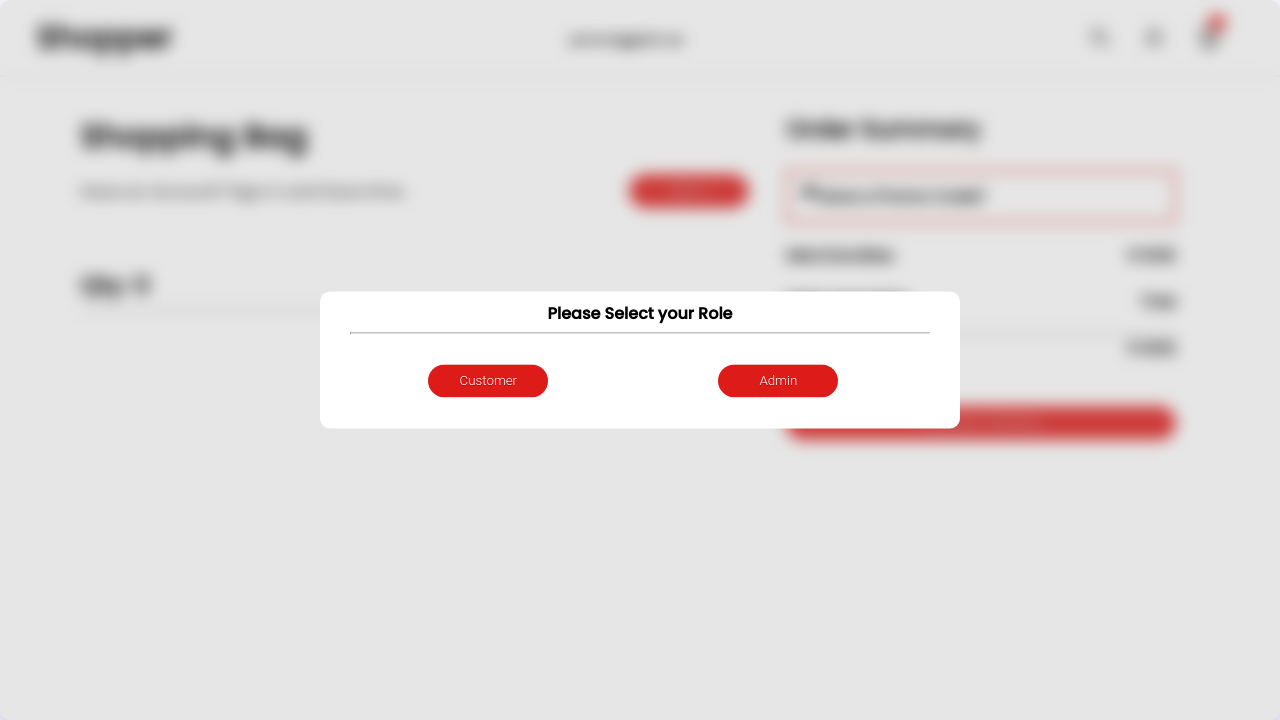
Repository: coolronts/aize-project
Page: /cart
The author's editor kept a copy of each file at every save. The page is drawn from the files as they stood at one save, then again after the next save.
The browser window is 1280 px wide. The pictures show the whole page.
The project was rebuilt for these pictures with package versions that can differ from the ones it lists, and the page was loaded fresh each time. Also part of the build but not shown: src/components/CartItem/CartItem.tsx, src/pages/Shop/shop.module.css, src/components/Card/Card.tsx, src/components/EditModal/editModal.module.css, src/components/EditModal/EditModal.tsx, src/components/AddModal/addModal.module.css, src/components/AddModal/AddModal.tsx, src/pages/Shop/Shop.tsx.

Above is the page before, as saved 2021-09-16 22:02:14.

After the next save:
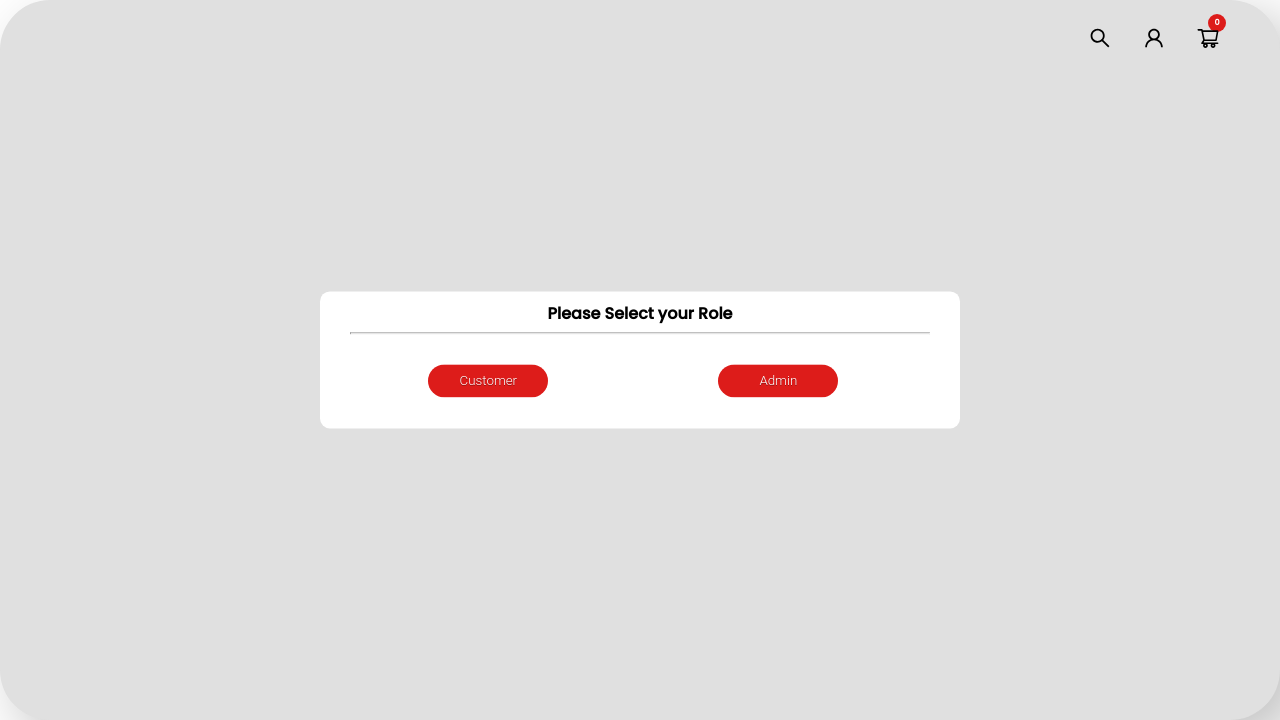
Saved 13 h 37 min later.
--- a/src/components/Modal/modal.module.css
+++ b/src/components/Modal/modal.module.css
@@ -2,12 +2,9 @@
     width: 100%;
     height: 100%;
     position: fixed;
-    background: rgba( 155, 155, 155, 0.25);
-    box-shadow: 0 8px 32px 0 rgba( 31, 38, 135, 0.37);
-    backdrop-filter: blur( 8px);
-    -webkit-backdrop-filter: blur( 8px);
-    border-radius: 10px;
-    z-index: 20;
+    border-radius: 50px;
+    background: #e0e0e0;
+    box-shadow: 20px 20px 60px #bebebe, -20px -20px 60px #ffffff;
 }
 
 .modal {
